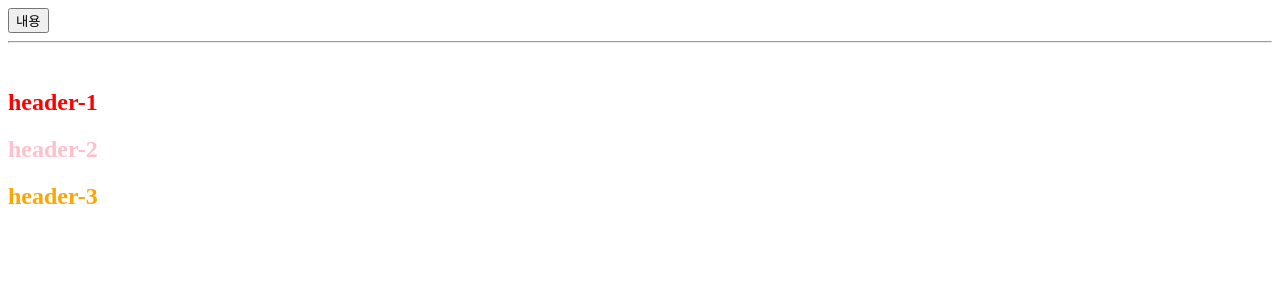
Repository: KYJIN1024/kic_jquery
Page: http://localhost/JQueryEx01/jquery37.jsp
An editor plug-in stored every save of this project. The page is shown before and after the next save, followed by the edit.
The browser window is 1280 px wide. The pictures show the whole page.
The page is served by Tomcat 9.

Above is the page before, as saved 2023-05-16 06:20:51.

After the next save:
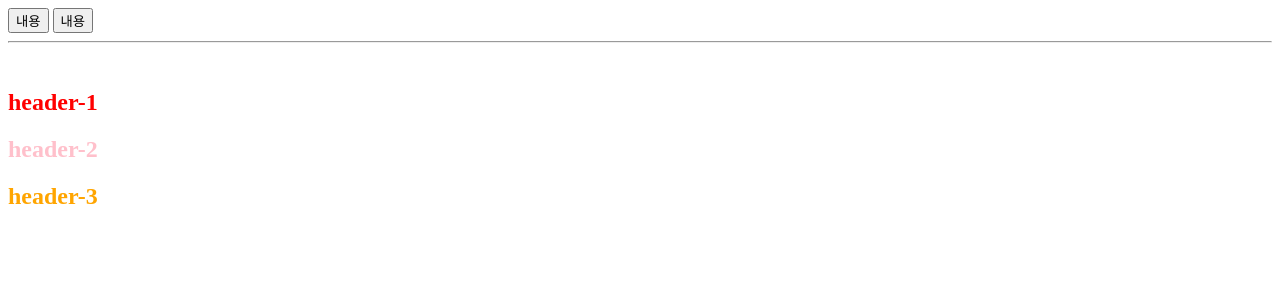
Saved 3 min 46 s later.
--- a/JQueryEx01/src/main/webapp/jquery37.jsp
+++ b/JQueryEx01/src/main/webapp/jquery37.jsp
@@ -19,14 +19,18 @@
 			//console.log( $('h2').css('color') );
 
 			$('h2').css('color', function(index, item){
-				console.log(item)
+				console.log(item) // 각header에 대한 rgb값
 			});
+		};
+		document.getElementById( 'btn1' ).onclick = function() {
+			$( 'h2' ).css( 'color', 'cyan' );
 		};
 	});
 </script>
 </head>
 <body>
 <button id="btn1">내용</button>
+<button id="btn2">내용</button>
 <br /><hr /><br />
 <h2 class="c1">header-1</h2>
 <h2 class="c2">header-2</h2>
